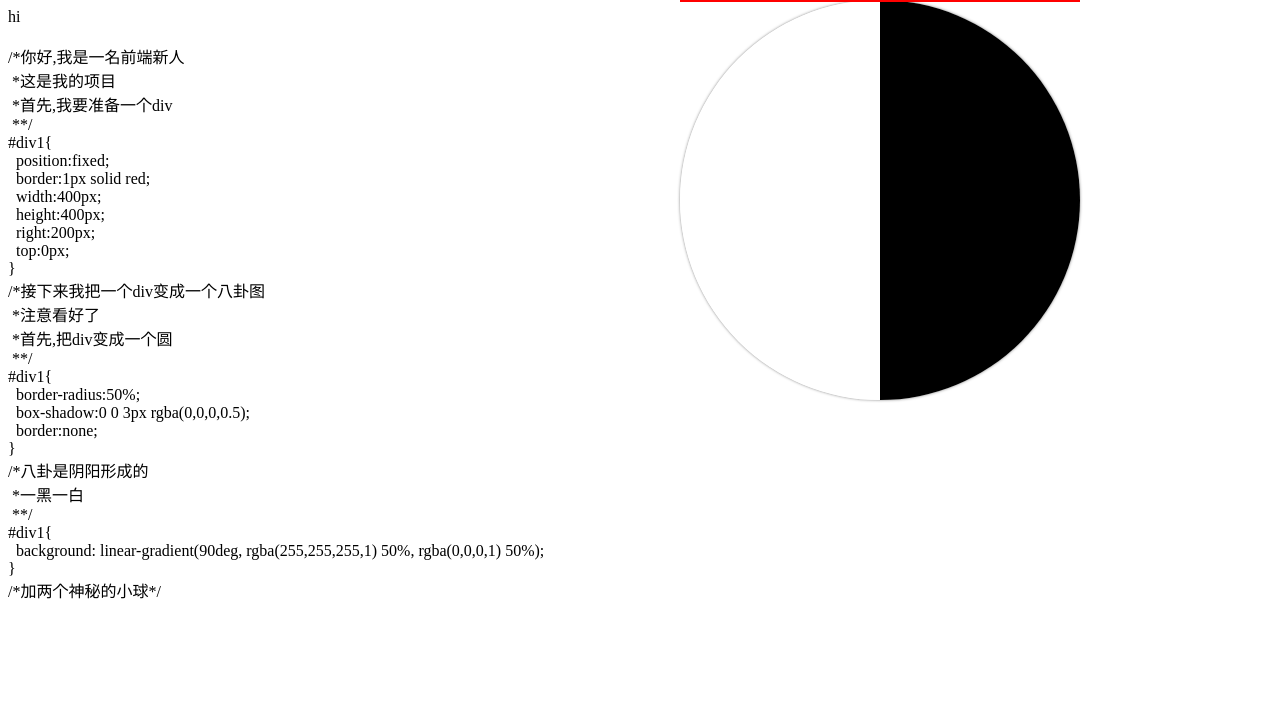
Repository: chenguocan/JS_cv
Page: index.html
An editor plug-in stored every save of this project. The page is shown before and after the next save, followed by the edit.
The browser window is 1280 px wide. The pictures show the whole page.

Above is the page before, as saved 2020-07-29 15:45:46.

### index.html
<!DOCTYPE html>
<html lang="en">
  <head>
    <meta charset="UTF-8" />
    <meta name="viewport" content="width=device-width, initial-scale=1.0" />
    <title>Document</title>
    <style>
      #div1::after {
        content: "";
        display: block;
        border: 1px solid red;
      }
    </style>
  </head>
  <body>
    hi
    <style id="style"></style>
    <div id="demo"></div>
    <div id="div1"></div>
    <script src="./main.js"></script>
  </body>
</html>

### main.js
let demo = document.querySelector("#demo");
let style = document.querySelector("#style");
let n = 0;
//添加注释,才不会影响CSS的样式。
let string = `
/*你好,我是一名前端新人
 *这是我的项目
 *首先,我要准备一个div
 **/
#div1{
  position:fixed;
  border:1px solid red;
  width:400px;
  height:400px;
  right:200px;
  top:0px;
}
/*接下来我把一个div变成一个八卦图
 *注意看好了
 *首先,把div变成一个圆
 **/
#div1{
  border-radius:50%;
  box-shadow:0 0 3px rgba(0,0,0,0.5);
  border:none;
}
/*八卦是阴阳形成的
 *一黑一白
 **/
#div1{
  background: linear-gradient(90deg, rgba(255,255,255,1) 50%, rgba(0,0,0,1) 50%);
}
/*加两个神秘的小球*/


`;
let string2 = "";
// string = string.replace(/\n/g, "<br>"); //正则表达式表示所有回车。
let step = () => {
  setTimeout(() => {
    //如果string等于回车,通过<br>来处理
    if (string[n] === "\n") {
      string2 += "<br>";
    } else if (string[n] === " ") {
      string2 += "&nbsp;";
    } else {
      string2 += string[n];
    }
    demo.innerHTML = string2;
    style.innerHTML = string.substring(0, n);
    if (n < string.length - 1) {
      n += 1;
      step();
    }
  }, 10);
};
step();

After the next save:
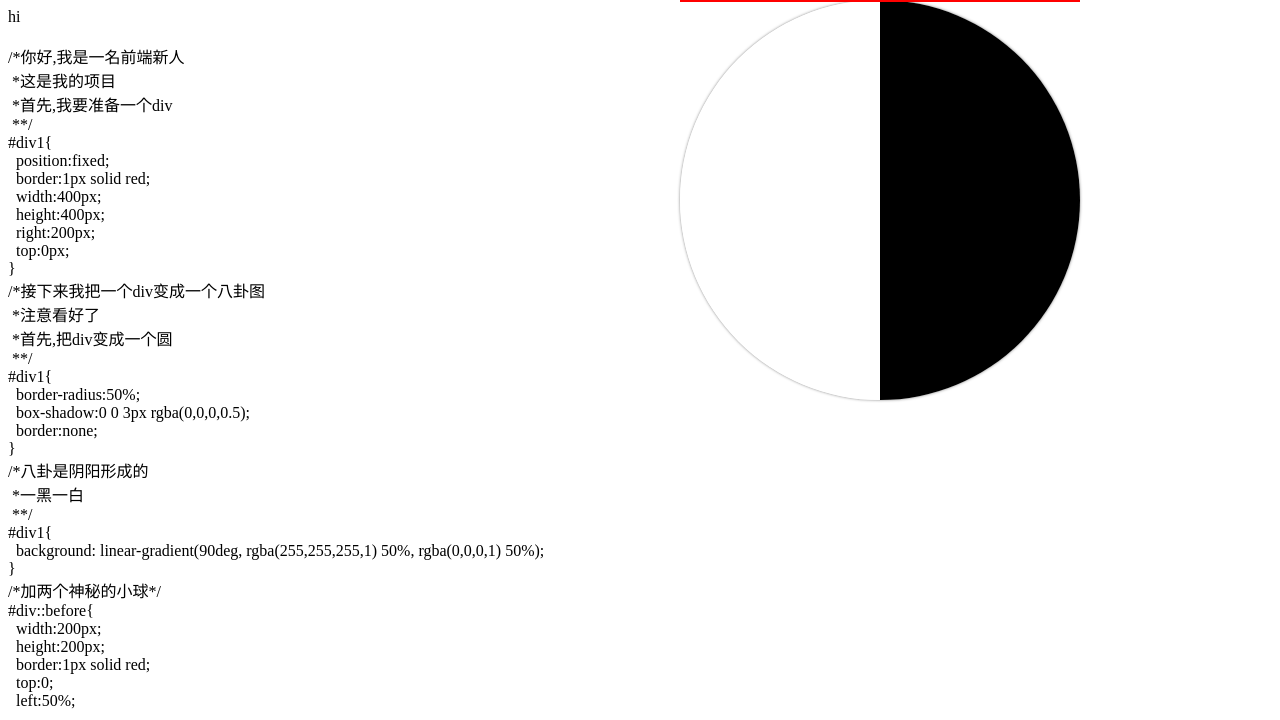
Saved 89 s later.
--- a/main.js
+++ b/main.js
@@ -31,7 +31,16 @@
   background: linear-gradient(90deg, rgba(255,255,255,1) 50%, rgba(0,0,0,1) 50%);
 }
 /*加两个神秘的小球*/
-
+#div::before{
+  width:200px;
+  height:200px;
+  border:1px solid red;
+  top:0;
+  left:50%;
+  transform:translateX(-50%);
+  backgound:#000;
+  border-radius:50%:
+}
 
 `;
 let string2 = "";
